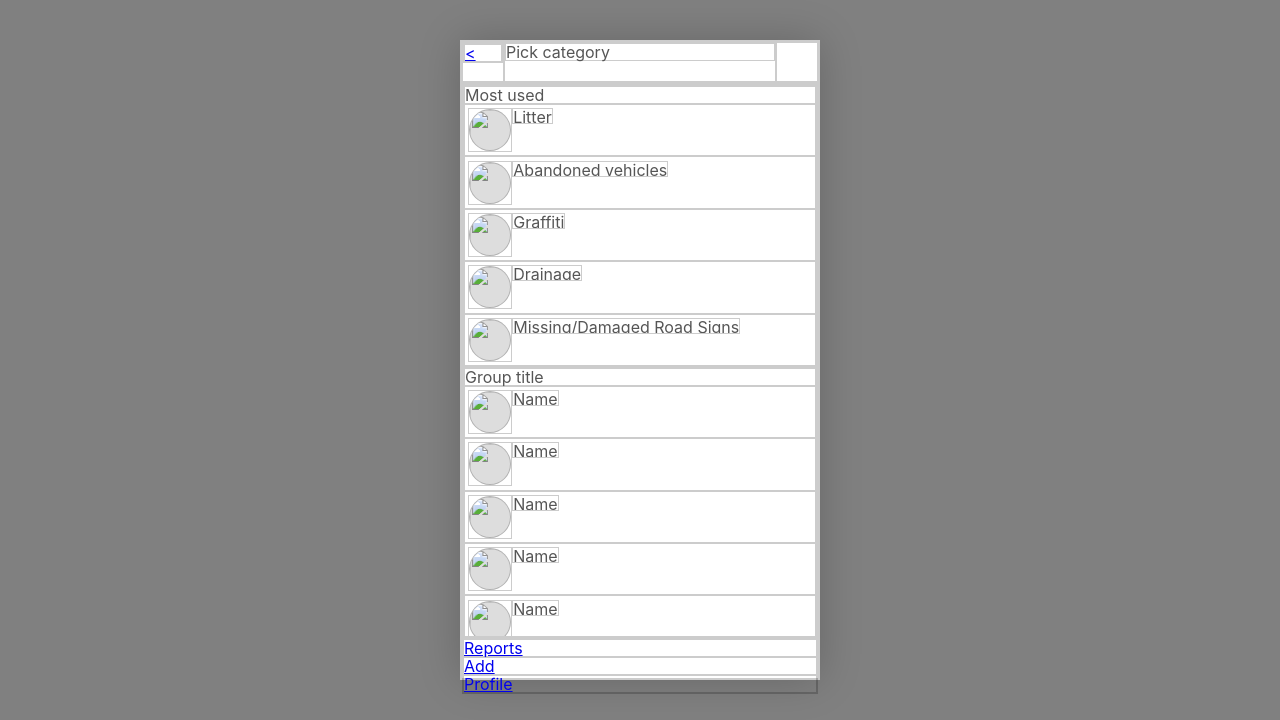
Repository: aleksandrenko/html-css-playground
Page: add report.html
An editor plug-in stored every save of this project. The page is shown before and after the next save, followed by the edit.
The browser window is 1280 px wide. The pictures show the whole page.

Above is the page before, as saved 2018-01-18 18:30:28.

After the next save:
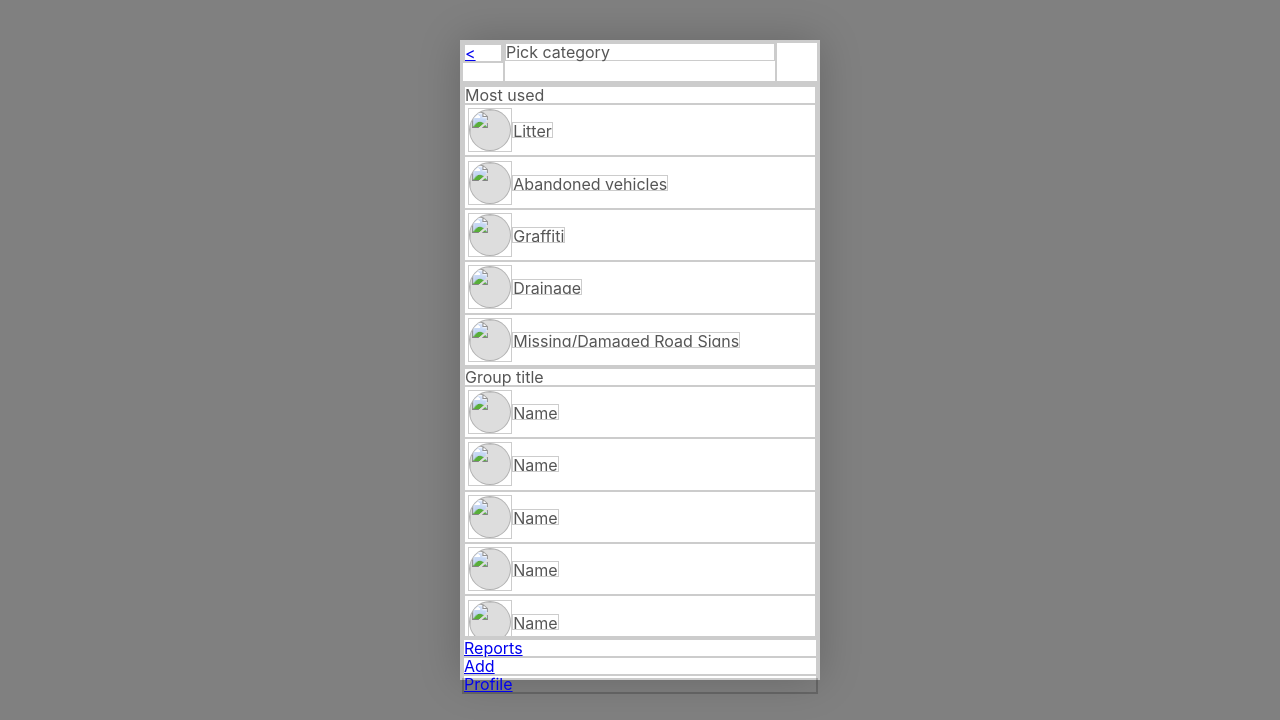
Saved 6 s later.
--- a/css/pages/categories.css
+++ b/css/pages/categories.css
@@ -5,7 +5,7 @@ categories group category {
   padding: 0.2rem;
   display: flex;
   flex-direction: row;
-  align-content: ;
+  align-items: center;
 }
 
 categories group picture img {
